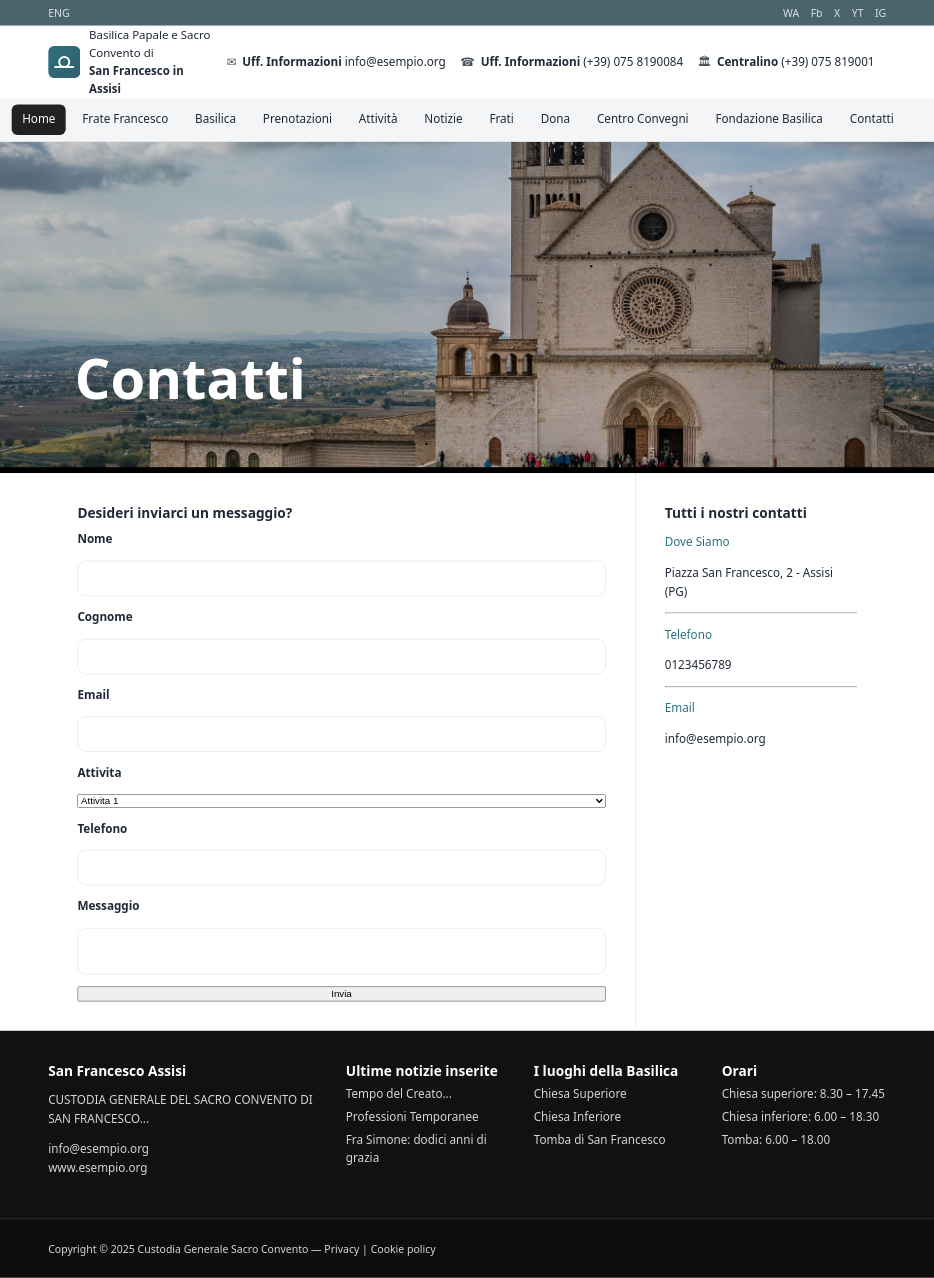
Repository: leacappello/basilica-platform-project
Page: pages/contatti.html
The author's editor kept a copy of each file at every save. The page is drawn from the files as they stood at one save, then again after the next save.
The browser window is 1280 px wide. The pictures show the whole page, at 73% of full size.

Above is the page before, as saved 2025-09-17 09:53:09.
Console error (its wording comes from the project's code and is left out).

### pages/contatti.html
<!DOCTYPE html>
<html lang="it" class="no-js">

<head>
    <meta charset="utf-8" />
    <meta name="viewport" content="width=device-width, initial-scale=1" />
    <meta name="description"
        content="Basilica — Portale gemello (look & feel dimostrativo, contenuti e immagini originali)">
    <title>Basilica — Progetto gemello</title>

    <!-- Foglio di stile principale -->
    <link rel="stylesheet" href="../assets/styles.css" />

    <!-- Se JS è attivo, rimuoviamo la classe .no-js (utile per fallback menu) -->
    <script>document.documentElement.classList.remove('no-js');</script>
</head>

<body>

    <!-- ======================================================================
       TOPBAR: lingua + social (banda superiore sottile)
       ====================================================================== -->
    <div class="topbar">
        <div class="container topbar__inner">
            <div class="topbar__lang">
                <a href="#" aria-label="Versione in inglese">ENG</a>
            </div>
            <div class="topbar__social" aria-label="Social">
                <a href="#" aria-label="WhatsApp" title="WhatsApp">WA</a>
                <a href="#" aria-label="Facebook" title="Facebook">Fb</a>
                <a href="#" aria-label="X" title="X">X</a>
                <a href="#" aria-label="YouTube" title="YouTube">YT</a>
                <a href="#" aria-label="Instagram" title="Instagram">IG</a>
            </div>
        </div>
    </div>

    <!-- ======================================================================
       HEADER (masthead): logo + contatti rapidi + hamburger mobile
       Sticky con nav principale subito sotto
       ====================================================================== -->
    <header class="masthead">
        <div class="container masthead__inner">
            <!-- BRAND: logo + denominazione (il logo è decorativo; il nome è testuale) -->
            <a class="brand" href="#home" aria-label="Vai alla Home">
                <img src="images/logo.svg" alt="" class="brand__logo" aria-hidden="true" />
                <span class="brand__name">
                    Basilica Papale e Sacro Convento di<br />
                    <strong>San Francesco in Assisi</strong>
                </span>
            </a>

            <!-- CONTATTI RAPIDI: tre blocchi -->
            <ul class="masthead__contacts" aria-label="Contatti rapidi">
                <li>
                    <span class="ic" aria-hidden="true">✉</span>
                    <div>
                        <strong>Uff. Informazioni</strong>
                        <a href="mailto:info@esempio.org">info@esempio.org</a>
                    </div>
                </li>
                <li>
                    <span class="ic" aria-hidden="true">☎</span>
                    <div>
                        <strong>Uff. Informazioni</strong>
                        <a href="tel:+390758190084">(+39) 075 8190084</a>
                    </div>
                </li>
                <li>
                    <span class="ic" aria-hidden="true">🏛</span>
                    <div>
                        <strong>Centralino</strong>
                        <a href="tel:+39075819001">(+39) 075 819001</a>
                    </div>
                </li>
            </ul>

            <!-- HAMBURGER per mobile -->
            <button id="menu-button" class="menu-button" aria-controls="primary-nav" aria-expanded="false">
                <span class="sr-only">Apri/chiudi menu</span>
                <span aria-hidden="true" class="menu-icon"></span>
            </button>
        </div>

        <!-- NAV PRINCIPALE (mega-nav semplificato con sottomenù a tendina) -->
        <nav id="primary-nav" class="nav" aria-label="Navigazione principale">
            <ul class="nav__root">
                <li class="is-active"><a href="#home">Home</a></li>

                <li class="has-sub">
                    <a href="#frate">Frate Francesco</a>
                    <ul class="nav__sub">
                        <li><a href="#">Storia di un santo</a></li>
                        <li><a href="#">Scritti</a></li>
                    </ul>
                </li>

                <li class="has-sub">
                    <a href="#basilica">Basilica</a>
                    <ul class="nav__sub">
                        <li><a href="#">Chiesa superiore</a></li>
                        <li><a href="#">Chiesa inferiore</a></li>
                        <li><a href="#">Cripta</a></li>
                    </ul>
                </li>

                <li class="has-sub">
                    <a href="#prenotazioni">Prenotazioni</a>
                    <ul class="nav__sub">
                        <li><a href="#">Visite individuali</a></li>
                        <li><a href="#">Gruppi</a></li>
                    </ul>
                </li>

                <li class="has-sub">
                    <a href="#attivita">Attività</a>
                    <ul class="nav__sub">
                        <li><a href="#">Pastorale</a></li>
                        <li><a href="#">Cultura</a></li>
                    </ul>
                </li>

                <li><a href="#notizie">Notizie</a></li>

                <li class="has-sub">
                    <a href="#frati">Frati</a>
                    <ul class="nav__sub">
                        <li><a href="#">Comunità</a></li>
                    </ul>
                </li>

                <li class="has-sub">
                    <a href="#dona">Dona</a>
                    <ul class="nav__sub">
                        <li><a href="#">Come donare</a></li>
                    </ul>
                </li>

                <li><a href="#centro">Centro Convegni</a></li>
                <li><a href="#fondazione">Fondazione Basilica</a></li>
                <li><a href="#contatti">Contatti</a></li>
            </ul>
        </nav>
    </header>

    <!-- ======================================================================
       HERO: slider immagini + titolo
       ====================================================================== -->
    <div class="main-content">

        <section id="home" class="hero" aria-label="Sezione introduttiva">
            <div class="hero__slides">
                <figure class="hero__slide is-active">
                    <img src="../images/hero-1.jpg" alt="Affreschi della Basilica" loading="eager">
                    <figcaption>
                        <h1>Contatti <span class="accent">
                            </span></h1>
                    </figcaption>
                </figure>
            </div>
        </section>
       <!-- sezione contatti -->
        <section>
            <div class="container">
                <div class="container-col">
                    <!-- form contaatti -->
                    <div class="container-form">
                        <h3>Desideri inviarci un messaggio?</h3>
                        <form class="form-container">
                            <!-- nome -->
                            <div class="column">
                                <label for="nome">Nome</label>
                                <input type="text" id="nome" name="nome">
                            </div>
                            <!-- cognome -->
                            <div class="column">
                                <label for="cognome">Cognome</label>
                                <input type="text" id="cognome" name="cognome">
                            </div>
                            <!-- email -->
                            <div class="column">
                                <label for="email">Email</label>
                                <input type="email" id="email" name="email">
                            </div>
                            <!-- select con attività -->
                            <div class="column">
                                <label for="attivita">Attivita</label>
                                <select id="attivita" name="attivita">
                                    <option value="attivita1">Attivita 1</option>
                                    <option value="attivita2">Attivita 2</option>
                                    <option value="attivita3">Attivita 3</option>
                                </select>
                            </div>
                            <!-- telefono -->
                           <div class="column">
                                <label for="telefono">Telefono</label>
                                <input type="tel" id="telefono" name="telefono">
                            </div>
                            <div class="column">
                                <label for="messaggio">Messaggio</label>
                                <textarea id="messaggio" name="messaggio"></textarea>
                            </div>

                            <button type="submit">Invia</button>
                        </form>
                    </div>
                    <!-- informazioni varie -->
                    <div class="container-info">
                        <h3>Tutti i nostri contatti</h3>
                        <p class="accent">Dove Siamo</p>
                        <p>Piazza San Francesco, 2 - Assisi (PG)</p>
                        <hr>
                        <p class="accent">Telefono</p>
                        <p>0123456789</p>
                        <hr>
                        <p class="accent">Email</p>
                        <p>info@esempio.org</p>
                    </div>
                </div>
            </div>
        </section>
       <!-- sezione contatti -->
    </div>


    <!-- ======================================================================
       FOOTER “mega”: 4 colonne + riga legale con anno dinamico
       ====================================================================== -->
    <footer class="site-footer" role="contentinfo">
        <div class="container footer__grid">
            <section>
                <h3 class="footer__title">San Francesco Assisi</h3>
                <p>CUSTODIA GENERALE DEL SACRO CONVENTO DI SAN FRANCESCO...</p>
                <p>
                    <a href="mailto:info@esempio.org">info@esempio.org</a><br>
                    <a href="https://www.esempio.org">www.esempio.org</a>
                </p>
            </section>

            <section>
                <h3 class="footer__title">Ultime notizie inserite</h3>
                <ul class="footer__list">
                    <li><a href="#">Tempo del Creato...</a></li>
                    <li><a href="#">Professioni Temporanee</a></li>
                    <li><a href="#">Fra Simone: dodici anni di grazia</a></li>
                </ul>
            </section>

            <section>
                <h3 class="footer__title">I luoghi della Basilica</h3>
                <ul class="footer__list">
                    <li><a href="#">Chiesa Superiore</a></li>
                    <li><a href="#">Chiesa Inferiore</a></li>
                    <li><a href="#">Tomba di San Francesco</a></li>
                </ul>
            </section>

            <section>
                <h3 class="footer__title">Orari</h3>
                <ul class="footer__list">
                    <li>Chiesa superiore: 8.30 – 17.45</li>
                    <li>Chiesa inferiore: 6.00 – 18.30</li>
                    <li>Tomba: 6.00 – 18.00</li>
                </ul>
            </section>
        </div>

        <div class="footer__legal">
            <div class="container">
                <p>Copyright © <span id="year"></span> Custodia Generale Sacro Convento — <a href="#">Privacy</a> | <a
                        href="#">Cookie policy</a></p>
            </div>
        </div>
    </footer>

    <!-- Script frontend: toggle menu, slider, evidenziazione link, anno -->
    <script src="../assets/script.js"></script>
</body>

</html>

### assets/styles.css
/* ==========================================================================
   STILE PRINCIPALE — Basilica Twin (frontend fedele, leggero, accessibile)
   - Palette teal/slate ispirata
   - Layout con Grid/Flex, breakpoint tablet/mobile
   - Componenti: topbar, masthead, nav con sottomenù, hero+cards, eventi,
                 cards notizie, stats overlay, footer mega
   ========================================================================== */

/* ============== Token / Reset ============== */
:root{
  --bg:#ffffff; --fg:#1f2937; --muted:#6b7280;
  --brand:#3b5961;
  --brand-700:#2f474e;
  --accent:#315f6b;
  --surface:#f5f7f9;
  --border:#e5e7eb;

  --container:1180px;
  --radius:12px;
  --shadow:0 8px 24px rgba(0,0,0,.12);

  --space-2:.5rem; --space-3:.75rem; --space-4:1rem;
  --space-6:1.5rem; --space-8:2rem; --space-10:2.5rem;

  --fs-sm:.9rem; --fs-base:1rem; --fs-lg:1.125rem;
  --fs-xl:1.5rem; --fs-2xl:2rem; --lh:1.6;

  --header-h:64px;
}

*{box-sizing:border-box}
html,body{margin:0}
body{
  font:400 var(--fs-base)/var(--lh) ui-sans-serif,system-ui,-apple-system,"Segoe UI",Roboto,Arial;
  color:var(--fg); background:var(--bg);
}
h1,h2,h3{margin:.25rem 0 var(--space-3); line-height:1.2}
h1{font-size:clamp(2rem,5vw,3rem)}
h2{font-size:clamp(1.5rem,3.5vw,2.25rem)}
a{color:inherit; text-decoration:none}
a:hover{text-decoration:underline}
.muted{color:var(--muted)}
.accent{color:#2f6f80}

.container{max-width:var(--container);margin-inline:auto;padding-inline:var(--space-4)}
.section{padding-block:var(--space-10)}
.sr-only{position:absolute;width:1px;height:1px;overflow:hidden;clip:rect(0,0,0,0);white-space:nowrap}

/* ============== Topbar ============== */
.topbar{background:#4b636b;color:#e6eef1;font-size:var(--fs-sm)}
.topbar__inner{display:flex;justify-content:space-between;align-items:center;padding-block:6px}
.topbar a{color:#e6eef1;opacity:.9}
.topbar a:hover{opacity:1}
.topbar__social a{margin-left:12px}

/* ============== Masthead (logo+contatti+hamburger) ============== */
.masthead{background:#fff;border-bottom:1px solid var(--border);position:sticky;top:0;z-index:30}
.masthead__inner{
  display:grid;grid-template-columns:1fr auto auto;gap:1rem;align-items:center;min-height:var(--header-h)
}
.brand{display:flex;align-items:center;gap:.75rem;text-decoration:none}
.brand__logo{width:44px;height:44px;object-fit:contain}
.brand__name{font-size:.98rem}
.masthead__contacts{list-style:none;display:flex;gap:1.25rem;margin:0;padding:0}
.masthead__contacts li{display:flex;gap:.5rem;align-items:center}
.ic{font-style:normal;opacity:.8}

/* Hamburger (mobile only) */
.menu-button{display:none;background:transparent;border:0;cursor:pointer}
.menu-icon{width:24px;height:2px;background:var(--fg);display:inline-block;position:relative}
.menu-icon::before,.menu-icon::after{content:"";position:absolute;left:0;width:24px;height:2px;background:var(--fg)}
.menu-icon::before{top:-6px}.menu-icon::after{top:6px}

/* ============== Nav (root + submenu) ============== */
.nav{background:#f3f5f6}
.nav__root{display:flex;gap:.5rem;list-style:none;margin:0;padding:.5rem var(--space-4)}
.nav__root>li>a{display:block;padding:.5rem .9rem;border-radius:8px}
.nav__root>li.is-active>a{background:#222;color:#fff}
.nav a[aria-current="page"]{background:#222;color:#fff;border-radius:8px}

/* Sottomenù desktop (hover) */
.has-sub{position:relative}
.has-sub>.nav__sub{
  display:none;position:absolute;left:0;top:calc(100% + 6px);
  min-width:240px;background:#fff;border:1px solid var(--border);
  border-radius:10px;box-shadow:var(--shadow);padding:.5rem
}
.has-sub:hover>.nav__sub{display:block}
.nav__sub{list-style:none;margin:0}
.nav__sub a{display:block;padding:.5rem .75rem;border-radius:6px}
.nav__sub a:hover{background:#f7f7f9}

/* ============== Hero (slider + overlay cards) ============== */
.hero{position:relative;background:#000;color:#fff}
.hero__slides{position:relative;overflow:hidden}
.hero__slide{display:none;margin:0}
.hero__slide.is-active{display:block}
.hero__slide img{width:100%;height:62vh;min-height:420px;object-fit:cover;opacity:.9}
.hero__slide figcaption{position:absolute;left:8%;bottom:16%;max-width:700px}
.hero__slide h1{font-size:clamp(2.5rem,6vw,5rem);font-weight:600}
.pill{
  display:inline-block;margin-top:.75rem;padding:.45rem .9rem;
  background:rgba(255,255,255,.18);border-radius:999px;color:#e9f1f3;font-size:1.25rem
}

/* Controlli slider */
.hero__ctrl{
  position:absolute;top:50%;transform:translateY(-50%);
  background:rgba(0,0,0,.35);color:#fff;border:0;border-radius:999px;
  width:40px;height:40px;cursor:pointer
}
.hero__ctrl.prev{left:14px}
.hero__ctrl.next{right:14px}

/* Overlay 4 card */
.hero__overlay{position:relative}
.hero__cards{
  display:grid;grid-template-columns:repeat(4,1fr);gap:1rem;margin-top:-70px
}
.card{
  background:#526e76;color:#ecf1f3;padding:1.1rem;border-radius:14px;box-shadow:var(--shadow)
}
.card h3{margin:.1rem 0 .35rem}
.card .btn{margin-top:.5rem}

/* ============== Buttons ============== */
.btn{
  display:inline-block;font-weight:600;border:0;border-radius:10px;
  padding:.65rem 1rem;cursor:pointer;text-decoration:none
}
.btn--primary{background:var(--brand);color:#fff}
.btn--primary:hover{background:var(--brand-700)}
.btn--ghost{background:transparent;color:#fff;border:1px solid rgba(255,255,255,.7)}
.btn--ghost:hover{background:rgba(255,255,255,.12)}

/* ============== Eventi a 2 colonne ============== */
.grid-2{display:grid;grid-template-columns:2fr 1.2fr;gap:2rem}
.eyebrow{color:var(--muted);letter-spacing:.06em;text-transform:uppercase;font-size:.85rem}
.media img{width:100%;border-radius:12px}

.events{list-style:none;margin:0;padding:0;display:grid;gap:1rem}
.events li{
  display:grid;grid-template-columns:70px 1fr;gap:1rem;align-items:start;
  border-bottom:1px solid var(--border);padding-bottom:1rem
}
.date{
  width:70px;background:#315f6b;color:#fff;border-radius:8px;
  display:grid;place-items:center;padding:.35rem 0
}
.date span{font-size:1.4rem;font-weight:700;line-height:1}
.date small{opacity:.8}

/* ============== Cards 3 (notizie/progetti) ============== */
.cards-3{display:grid;grid-template-columns:repeat(3,1fr);gap:1.2rem}
.post{
  background:#fff;border:1px solid var(--border);border-radius:12px;
  overflow:hidden;display:flex;flex-direction:column
}
.post img{width:100%;aspect-ratio:16/9;object-fit:cover}
.post__body{padding:1rem;display:grid;gap:.5rem}
.badge{
  display:inline-flex;align-items:center;gap:.5rem;background:#e6eef1;
  border-radius:8px;padding:.25rem .5rem;color:#2f4f59;font-weight:700
}
.post__title{font-weight:700;text-decoration:none}
.readmore{font-weight:600;color:var(--accent);text-decoration:none}

/* ============== Stats (background con overlay scuro fisso) ============== */
.stats{
  background:url('../images/hero-1.jpg') center/cover no-repeat fixed;
  position:relative;color:#e9eef1
}
.stats::before{content:"";position:absolute;inset:0;background:rgba(22,32,41,.65)}
.stats__grid{
  position:relative;display:grid;grid-template-columns:repeat(4,1fr);
  gap:2rem;padding-block:3rem
}
.stats__grid .n{font-size:2.25rem;font-weight:800}

/* ============== Footer “mega” ============== */
.site-footer{background:#111;color:#d6d6d6}
.footer__grid{display:grid;grid-template-columns:2fr 1.2fr 1.2fr 1.2fr;gap:2rem;padding-block:2.5rem}
.footer__title{color:#fff;margin-bottom:.5rem}
.footer__list{list-style:none;margin:0;padding:0;display:grid;gap:.35rem}
.footer__legal{border-top:1px solid #333;background:#0d0d0d;font-size:.9rem}
.footer__legal .container{padding-block:.9rem}
.center{text-align:center}
.mt-4{margin-top:var(--space-4)}

/* ============== Responsive ============== */
@media (max-width: 1024px){
  .masthead__inner{grid-template-columns:1fr auto auto}
  .hero__cards{grid-template-columns:repeat(2,1fr);margin-top:-50px}
  .grid-2{grid-template-columns:1fr}
  .cards-3{grid-template-columns:1fr 1fr}
}
@media (max-width: 768px){
  .masthead__contacts{display:none}
  .menu-button{display:inline-block}
  .nav{display:none}
  .nav[data-open="true"]{display:block}
  .nav__root{flex-direction:column}
  .hero__cards{grid-template-columns:1fr;margin-top:-30px}
  .cards-3{grid-template-columns:1fr}
  .stats__grid{grid-template-columns:1fr 1fr}
}
@media (max-width: 480px){
  .stats__grid{grid-template-columns:1fr}
}

/* ============== No-JS fallback ============== */
.no-js .nav{display:block}

/* ============== Tabella Orari ============== */
.tabella-orari{
  width:100%;
  border-collapse:collapse;
}
.orari th,.orari td{
  padding:.5rem;
  border-bottom:1px solid var(--border);
  text-align: left;
}

.titolo-orari{
  margin-top: 30px; font-size: 1.5rem;
  margin-bottom:.5rem;
  border-bottom:1px solid var(--border);
  padding-bottom:.5rem
}
/* ============== Tabella Orari ============== */


/* ============== contatti ============== */
.container-col{
  display:flex;
}
.container-form{
  width: 70%;
  padding: var(--space-10);
}
.container-info{
  width: 30%;
  padding: var(--space-10);
  border-left: 1px solid var(--border);
}

form{
  display:flex;
  flex-direction: column;
  gap: var(--space-4);
}

input, textarea{
  padding: var(--space-4);
  border-radius: var(--radius);
  border: 1px solid var(--border);
  resize: none;
}

input[type="submit"]{
  background-color: var(--accent);
  color: #fff;
  cursor: pointer;
}

label{
  display: block;
  font-weight: 600;
  margin-bottom: var(--space-2);
  }

.form-container {
  display: flex;
  flex-direction: column; /* Organizza gli elementi in colonna */
  gap: 1rem; /* Aggiunge spazio tra gli elementi */
  width: 100%; /* Assicura che il contenitore occupi tutta la larghezza disponibile */
}

.column {
  flex: 1; /* Fa sì che le colonne occupino uno spazio uguale */
  display: flex; /* Per permettere il posizionamento dei campi all'interno della colonna */
  flex-direction: column;
  gap: 0.5rem; /* Spazio tra i campi all'interno della colonna */
}

/* ============== contatti ============== */

Loaded but not shown: assets/script.js (113 lines, source omitted)

After the next save:
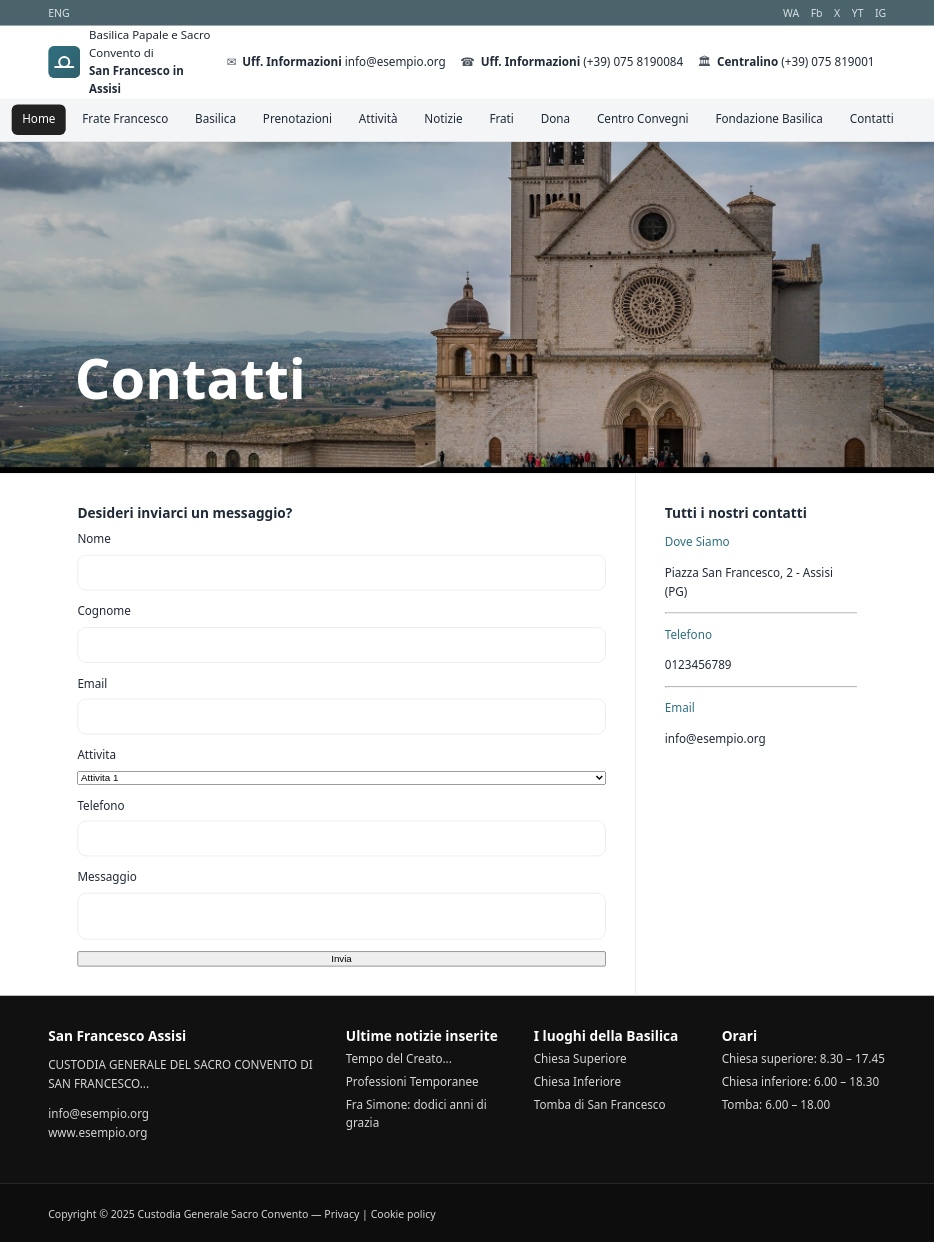
Saved 41 s later.
--- a/assets/styles.css
+++ b/assets/styles.css
@@ -264,6 +264,16 @@ input[type="submit"]{
   cursor: pointer;
 }
 
+input[type="submit"]:hover{
+  background-color: var(--accent-hover);
+}
+
+input[type="submit"]:active{
+  background-color: var(--accent-active);
+}
+
+select
+
 label{
   display: block;
   font-weight: 600;
